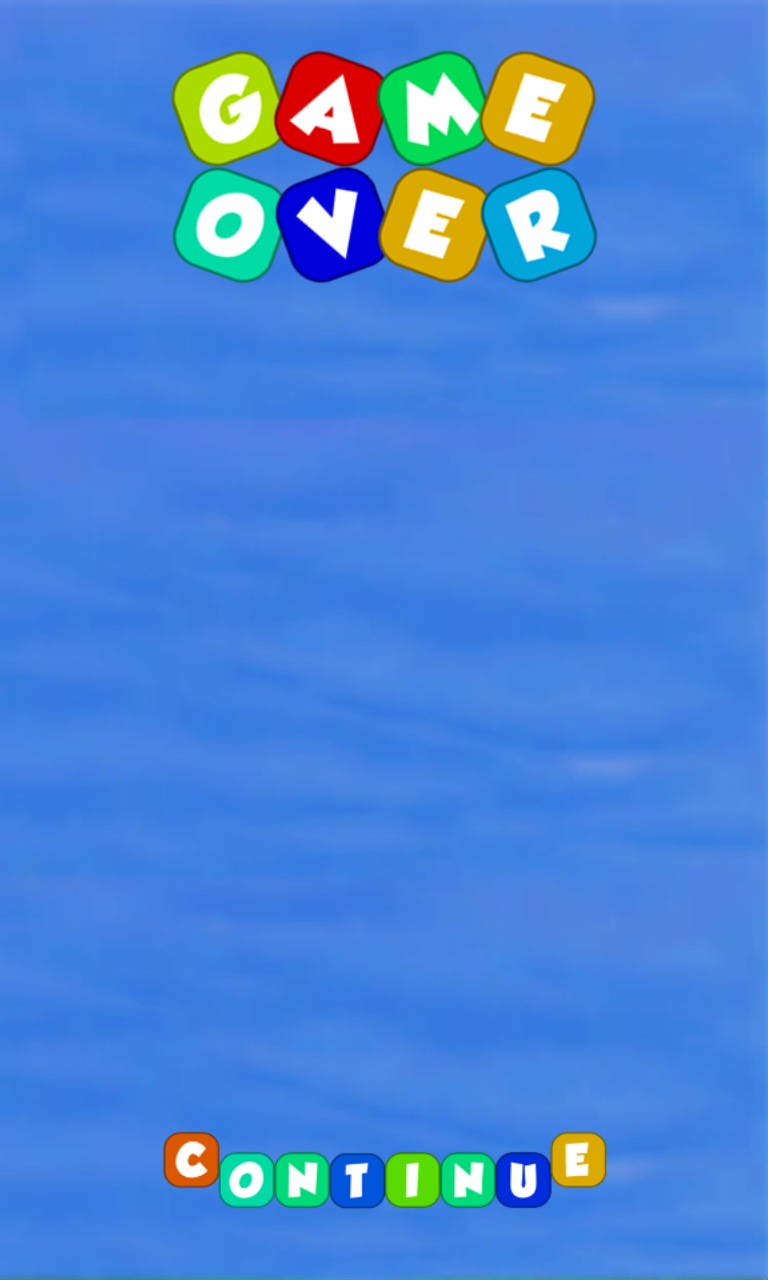
Repository: adigwestanley/Wordfall
Layout: word-wrangle-free-fall/WordWrangle/res/layout/layout_gameoverscreen.xml
These files come from the project's save history. The layout is drawn as it stood at one moment and after the next save; the edit follows.
It is drawn on a 768 x 1280 px phone screen (xhdpi) without system bars, with theme android:Theme.Black.NoTitleBar.Fullscreen; the app's code is not run.

Above is the layout before, as saved 2014-12-18 03:01:34.

### word-wrangle-free-fall/WordWrangle/res/layout/layout_gameoverscreen.xml
<?xml version="1.0" encoding="utf-8"?>
<RelativeLayout xmlns:android="http://schemas.android.com/apk/res/android"
    android:layout_width="match_parent"
    android:layout_height="match_parent"
    android:orientation="vertical"
    android:background="@drawable/bg_game_over" >

    <ImageView
        android:id="@+id/logo_imageview"
        android:layout_width="wrap_content"
        android:layout_height="wrap_content"
        android:layout_centerHorizontal="true"
        android:layout_marginTop="25dp"
        android:layout_marginBottom="25dp"
        android:paddingLeft="10dp"
        android:paddingRight="10dp"
        android:src="@drawable/game_over"
        android:background="@null"/>

    <TextView
        android:id="@+id/txtScore"
        android:layout_width="wrap_content"
        android:layout_height="wrap_content"
        android:layout_centerHorizontal="true"
        android:layout_centerVertical="true"
        android:textAppearance="?android:attr/textAppearanceLarge"
        android:textColor="#610B21"
        android:visibility="visible" />

      <TextView
        android:id="@+id/needed_word"
        android:layout_width="wrap_content"
        android:layout_height="wrap_content"
        android:layout_below="@id/txtScore"
        android:layout_marginTop="10dp">

      </TextView>

     <ImageButton
        android:id="@+id/btnContinue"
        android:layout_width="wrap_content"
        android:layout_height="wrap_content"
        android:layout_alignParentBottom="true"
        android:layout_centerHorizontal="true"
        android:layout_marginBottom="26dp"
        android:background="@null"
        android:src="@drawable/text_continue" />

    <ImageButton
        android:id="@+id/btnRetry"
        android:layout_width="wrap_content"
        android:layout_height="wrap_content"
        android:layout_above="@+id/btnContinue"
        android:layout_centerHorizontal="true"
        android:layout_marginBottom="30dp"
        android:background="@null"
        android:src="@drawable/text_retry"
        android:visibility="gone" />

</RelativeLayout>

After the next save:
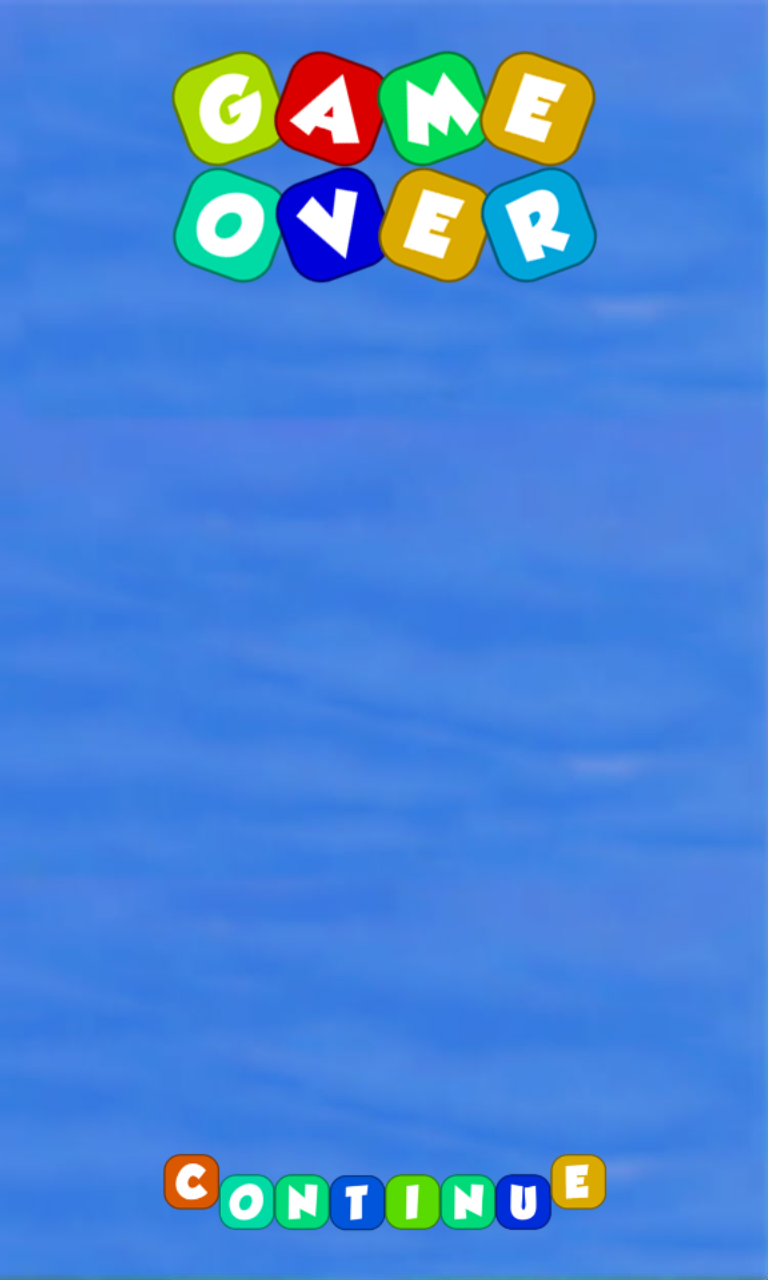
Saved 4 min 7 s later.
--- a/word-wrangle-free-fall/WordWrangle/res/layout/layout_gameoverscreen.xml
+++ b/word-wrangle-free-fall/WordWrangle/res/layout/layout_gameoverscreen.xml
@@ -42,7 +42,7 @@
         android:layout_height="wrap_content"
         android:layout_alignParentBottom="true"
         android:layout_centerHorizontal="true"
-        android:layout_marginBottom="26dp"
+        android:layout_marginBottom="15dp"
         android:background="@null"
         android:src="@drawable/text_continue" />
 
